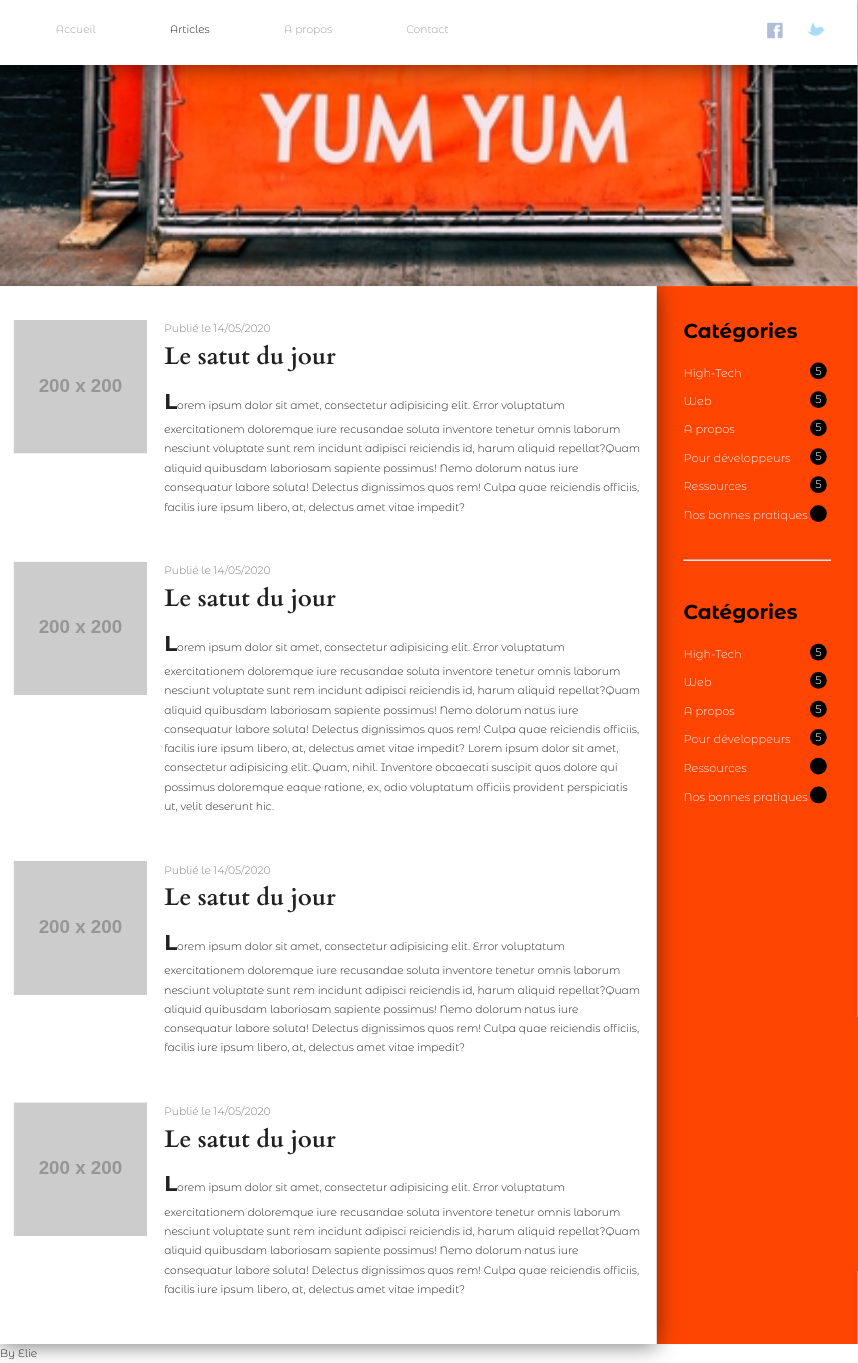
Repository: Elie-Dey/blog-train
Page: index.html
The author's editor kept a copy of each file at every save. The page is drawn from the files as they stood at one save, then again after the next save.
The browser window is 1280 px wide. The pictures show the whole page, at 67% of full size.

Above is the page before, as saved 2020-06-18 23:47:14.

### index.html
<!DOCTYPE html>
<html lang="en">
<head>
    <meta charset="UTF-8">
    <meta name="viewport" content="width=device-width, initial-scale=1.0">
    <link href="https://fonts.googleapis.com/css2?family=Cardo:wght@400;700&family=Montserrat+Alternates:wght@300;700&display=swap" rel="stylesheet">
    <link rel="stylesheet" href="style.css">
    <title>Mon blog</title>
</head>
<body>
    <header class="topbar">
        <nav>
            <a href="index.html">Accueil</a>
            <a href="articles.html" class="active"> Articles</a>
            <a href="about.html">A propos</a>
            <a href="apropos.html">Contact</a>
        </nav>
        <div class="social">
            <a href="#"> <img src="images/fb.png" alt="Facebook"></a>
            <a href="#"> <img src="images/twitter.png" alt="Twitter"></a>
        </div>
    </header>
    <div class="banniere"></div>
    <div class="body">
        <main class="main">
            <div class="container">
             <article class="article">
                 <a href="article.html" class="article-img"><img src="https://via.placeholder.com/200" alt="article-image"/> </a>
                  <div class="article-date">Publié le 14/05/2020</div>
                  <h2 class="article-title">  <a href="article.html">    Le satut du jour</a>  </h2>
                  <p>
                      Lorem ipsum dolor sit amet, consectetur adipisicing elit. Error voluptatum exercitationem doloremque iure recusandae soluta inventore tenetur omnis laborum nesciunt voluptate sunt rem incidunt adipisci reiciendis id, harum aliquid repellat?Quam aliquid quibusdam laboriosam sapiente possimus! Nemo dolorum natus iure consequatur labore soluta!
                      Delectus dignissimos quos rem! Culpa quae reiciendis officiis, facilis iure ipsum libero, at, delectus amet vitae impedit?
                  </p>
              </article>
              <article class="article">
                  <a href="article.html" class="article-img"><img src="https://via.placeholder.com/200" alt="article-image"/> </a>
                   <div class="article-date">Publié le 14/05/2020</div>
                   <h2 class="article-title">  <a href="article.html">    Le satut du jour</a>  </h2>
                   <p>
                       Lorem ipsum dolor sit amet, consectetur adipisicing elit. Error voluptatum exercitationem doloremque iure recusandae soluta inventore tenetur omnis laborum nesciunt voluptate sunt rem incidunt adipisci reiciendis id, harum aliquid repellat?Quam aliquid quibusdam laboriosam sapiente possimus! Nemo dolorum natus iure consequatur labore soluta!
                       Delectus dignissimos quos rem! Culpa quae reiciendis officiis, facilis iure ipsum libero, at, delectus amet vitae impedit?
                       Lorem ipsum dolor sit amet, consectetur adipisicing elit. Quam, nihil. Inventore obcaecati suscipit quos dolore qui possimus doloremque eaque ratione, ex, odio voluptatum officiis provident perspiciatis ut, velit deserunt hic.
                   </p>
               </article>
               <article class="article">
                  <a href="article.html" class="article-img"><img src="https://via.placeholder.com/200" alt="article-image"/> </a>
                   <div class="article-date">Publié le 14/05/2020</div>
                   <h2 class="article-title">  <a href="article.html">    Le satut du jour</a>  </h2>
                   <p>
                       Lorem ipsum dolor sit amet, consectetur adipisicing elit. Error voluptatum exercitationem doloremque iure recusandae soluta inventore tenetur omnis laborum nesciunt voluptate sunt rem incidunt adipisci reiciendis id, harum aliquid repellat?Quam aliquid quibusdam laboriosam sapiente possimus! Nemo dolorum natus iure consequatur labore soluta!
                       Delectus dignissimos quos rem! Culpa quae reiciendis officiis, facilis iure ipsum libero, at, delectus amet vitae impedit?
                   </p>
               </article>
               <article class="article">
                  <a href="article.html" class="article-img"><img src="https://via.placeholder.com/200" alt="article-image"/> </a>
                   <div class="article-date">Publié le 14/05/2020</div>
                   <h2 class="article-title">  <a href="article.html">    Le satut du jour</a>  </h2>
                   <p>
                       Lorem ipsum dolor sit amet, consectetur adipisicing elit. Error voluptatum exercitationem doloremque iure recusandae soluta inventore tenetur omnis laborum nesciunt voluptate sunt rem incidunt adipisci reiciendis id, harum aliquid repellat?Quam aliquid quibusdam laboriosam sapiente possimus! Nemo dolorum natus iure consequatur labore soluta!
                       Delectus dignissimos quos rem! Culpa quae reiciendis officiis, facilis iure ipsum libero, at, delectus amet vitae impedit?
                   </p>
               </article>
            </div>
         </main>

    <aside class="sidebar">
        <h4 class="sidebar-title">Catégories</h4>
        <ul>
            <li><a href="#" data-count="5">High-Tech</a></li>
            <li><a href="#" data-count="5">Web</a></li>
            <li><a href="#" data-count="5">A propos</a></li>
            <li><a href="#" data-count="5">Pour développeurs </a></li>
            <li><a href="#" data-count="5">Ressources</a></li>
            <li><a href="#">Nos bonnes pratiques</a></li>
        </ul>
        <hr>
        <h4 class="sidebar-title">Catégories</h4>
        <ul>
            <li><a href="#" data-count="5">High-Tech</a></li>
            <li><a href="#" data-count="5">Web</a></li>
            <li><a href="#" data-count="5">A propos</a></li>
            <li><a href="#" data-count="5">Pour développeurs</a></li>
            <li><a href="#">Ressources</a></li>
            <li><a href="#">Nos bonnes pratiques</a></li>
        </ul>


    </aside>
</div>
    <footer class="footer">
        By Elie
    </footer>
</body>
</html>

### style.css
/*
* Prefixed by https://autoprefixer.github.io
* PostCSS: v7.0.29,
* Autoprefixer: v9.7.6
* Browsers: last 4 version,ie > 8
*/

*{
    -webkit-box-sizing: border-box;
            box-sizing: border-box;
}
body, html
{
    margin: 0;
    font-size: 16px;
    font-family: 'Montserrat Alternates', sans-serif;
    color: rgba(0, 0, 0, .87);
    line-height: 1.8;

}
.topbar{

    position: fixed;
    top: 0;
    right: 0;
    left: 0;
    width: 100%;
    background-color: white;
    padding: 30px ;
    z-index: 3;
    font-family: 'Montserrat Alternates', sans-serif;
    font-weight: 700;
    -webkit-box-shadow: 0 4px 30px rgba(0, 0, 0, .5);
            box-shadow: 0 4px 30px rgba(0, 0, 0, .5);

}
.topbar nav{
    float: left;

}
.topbar nav a {
    color: #9f9f9f;
    text-decoration: none;
    font-weight: 500;
    padding: 0 53px;
}

.topbar nav a:hover , .topbar nav a.active{
    color:  rgba(0, 0, 0, .87);
}

 .social {
    float: right;
}

.social a
{
    padding: 0 12px;
    opacity: .4;
}
.social a:hover
{
    opacity: 1;
}

.banniere {
    height: 427px;
    background: no-repeat center center / cover url("images/banniere.jpg");
}
.body
{
    display: -webkit-box;
    display: -ms-flexbox;
    display: flex;
}
.main
{

    width: calc(100% - 300px);
    background: white;
    -webkit-box-shadow: 0 4px 30px rgba(0, 0, 0, .5);
            box-shadow: 0 4px 30px rgba(0, 0, 0, .5);
    position: relative;
    z-index: 2;


}
.sidebar
{

    background:rgb(255, 69, 1);
    width: 300px;
    padding: 40px;
    font-size: 17px;
    font-weight: 300;
    position: relative;
    z-index: 1;
}
/* .sidebar ul
{
    counter-reset: sidebarlist;
}

.sidebar li::before
{
    counter-increment: sidebarlist;
    content: counter(sidebarlist) ". ";
} */

.sidebar-title
{
    font-size: 30px;
    color: black;
    margin: 20px 0;
}
.sidebar a
{
    text-decoration: none;
    color: rgb(243, 241, 239);

}
.sidebar ul
{
    margin: 0;
    padding: 0;
    list-style: none;

}
.sidebar li
{
    padding: 6px 6px 6px 0;
}
.sidebar li a::after
{
    content: attr(data-count);
    float:right;
    background: black;
    color:white;
    width: 25px;
    height: 25px;
    line-height: 25px;
    text-align: center;
    border-radius: 50%;
}
.sidebar li:first-child
{
    padding-top: 0;
}

.sidebar li:last-child
{
    padding-bottom: 0;
}
.sidebar a:hover
{
    text-decoration: underline;
}

.sidebar hr
{
    border-color:none;
    background: white;
    height: 1px;
    margin: 50px 0;


}

.sidebar-title:first-child
{
    margin-top: 0;
}


.article
{
    position: relative;
    overflow: hidden;
    margin: 50px 0;
    padding-left: 225px;
    min-height: 225px;
    perspective: 500px;
    perspective-origin: center;

}


.article p
{
    font-family: 'Montserrat Alternates', sans-serif;
    font-weight: 500;
}
.article p::first-letter
{
    font-size: 2em;
    font-weight: bold;
}
.container
{
    max-width: 940px;
    margin: 0 auto;
}
.article a
{
    color: inherit;
    text-decoration: none;
}
.article a:hover
{
    text-decoration: underline;
}
.article-img
{
    position: absolute;
    left: 0;
    top: 0;
    width: 200px;
    margin-right: 25px;

    transform: rotate3d(50deg);

}


.article-title
 {
    font-size: 2.25rem;
    line-height: 1.2;
    font-family: "Cardo", serif;
    margin: 0 0 15px 0;
 }
.article-date
{
    font-weight: 300;
    color: rgba(0, 0, 0, .5);
    margin-bottom: 5px;
}
.article-img img
{
    width: 100%;
    height: auto;
}
.footer
{
    clear: both;
}

After the next save:
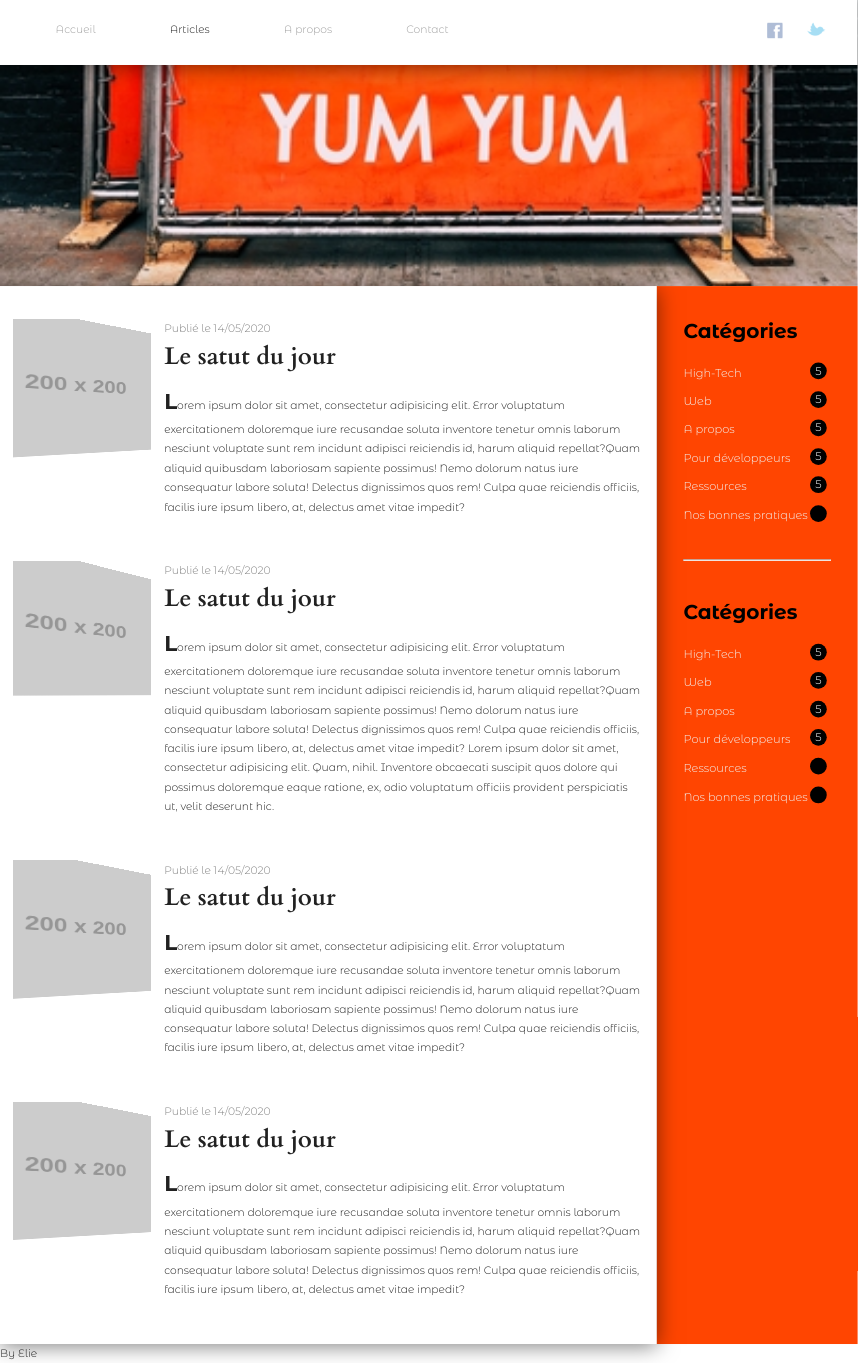
Saved 23 s later.
--- a/style.css
+++ b/style.css
@@ -217,7 +217,7 @@ body, html
     width: 200px;
     margin-right: 25px;
 
-    transform: rotate3d(50deg);
+    transform: rotateY(50deg);
 
 }
 
